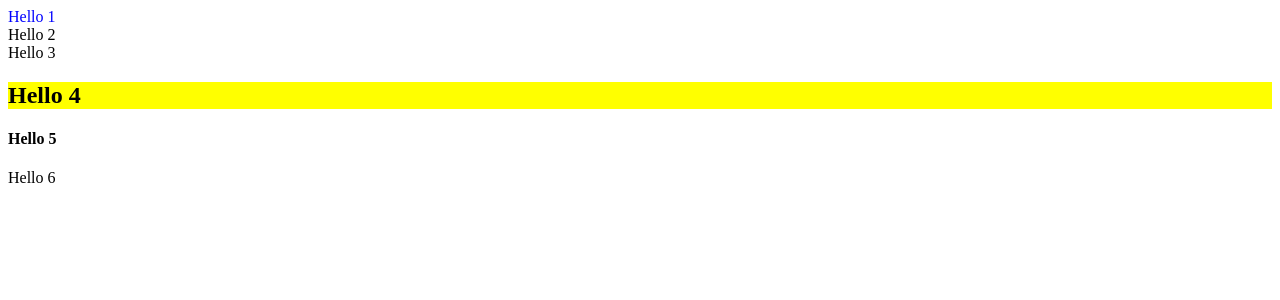
Repository: iyhong/spring_openAPI_lecture
Page: jquerytest/WebContent/jquery1.html
The author's editor kept a copy of each file at every save. The page is drawn from the files as they stood at one save, then again after a run of saves.
The browser window is 1280 px wide. The pictures show the whole page.

Above is the page before, as saved 2021-06-02 02:04:45.

After the next 3 saves:
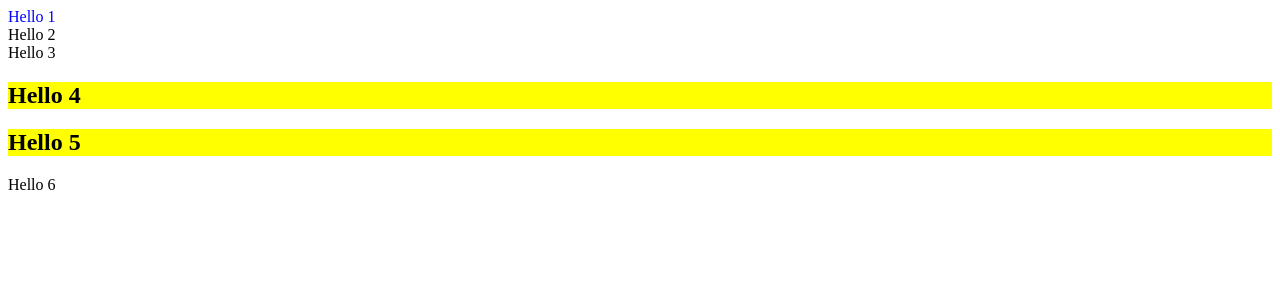
The 3 saves are shown as one change because they came seconds apart.
The last was saved 16 s later.
--- a/jquerytest/WebContent/jquery1.html
+++ b/jquerytest/WebContent/jquery1.html
@@ -18,7 +18,7 @@ $(function() {
 		<div class="test">Hello 2</div>
 		<div class="test  main">Hello 3</div>
 		<h2>Hello 4</h2>
-		<h4 id="a">Hello 5</h4>
+		<h2 id="a">Hello 5</h2>
 	</div>
 	<div id="other">
 		<div class="test">Hello 6</div>
